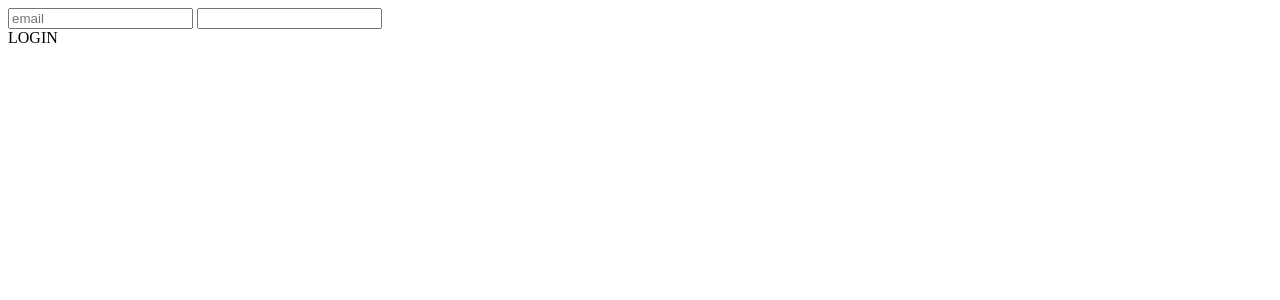
Repository: anjandash/authpass
Page: login.html
An editor plug-in stored every save of this project. The page is shown before and after the next save, followed by the edit.
The browser window is 1280 px wide. The pictures show the whole page.

Above is the page before, as saved 2021-11-13 09:26:10.

### login.html
<!DOCTYPE html>
<html lang="en">
<head>
    <meta charset="UTF-8">
    <meta http-equiv="X-UA-Compatible" content="IE=edge">
    <meta name="viewport" content="width=device-width, initial-scale=1.0">
    <title>Authpass Login</title>
</head>
<body>
    <div class="wrapper">
        <div class="login">
            <input type="text" name="email" placeholder="email">
            <input type="password" name="password">
            <div class=login-button>LOGIN</div>

        </div>
    </div>

</body>
</html>

### script.js
const button = document.getElementById("getDetails");
const details = document.getElementById("details");

function isWebBluetoothEnabled() {
    document.getElementById('bluetoothState').innerText = 'Testing ...'
    if (!navigator.bluetooth) {
        console.log('Web Bluetooth API is not available in this browser!')
        document.getElementById('bluetoothState').innerText = 'Not available'
        return false
    }
    document.getElementById('bluetoothState').innerText = 'Available'
    return true
}

button.addEventListener("click", async () => {
  try {

    // Declaring the service we want
    authpass_service_uuid = "EABC4F75-8967-4234-A483-9660A8F32AB1".toLowerCase()

    // Request the Bluetooth device through browser
    const device = await navigator.bluetooth.requestDevice({
      optionalServices: [authpass_service_uuid],
      acceptAllDevices: true,
    });

    // // Connect to the GATT server
    // // We also get the name of the Bluetooth device here
    let deviceId = device.gatt.device.id;
    let deviceName = device.gatt.device.name;

    const server = await device.gatt.connect();
    let connStatus = device.gatt.device.gatt.connected;

    serviceUuid = authpass_service_uuid
    const service = await server.getPrimaryService(serviceUuid);
    const characteristics = await service.getCharacteristics();

    console.log('> Device Id: ' + deviceId)
    console.log('> Device Name: ' + deviceName)
    console.log('> Connection Status: ' + connStatus)
    console.log('> Characteristics: ' + characteristics.map(c => c.uuid).join('\n' + ' '.repeat(19)));



    // // Getting the services we mentioned before through GATT server
    // const batteryService = await server.getPrimaryService("battery_service");
    // const infoService = await server.getPrimaryService("device_information");

    // // Getting the current battery level
    // const batteryLevelCharacteristic = await batteryService.getCharacteristic(
    //   "battery_level"
    // );
    // // Convert recieved buffer to number
    // const batteryLevel = await batteryLevelCharacteristic.readValue();
    // const batteryPercent = await batteryLevel.getUint8(0);

    // // Getting device information
    // // We will get all characteristics from device_information
    // const infoCharacteristics = await infoService.getCharacteristics();

    // console.log(infoCharacteristics);

    // let infoValues = [];

    // const promise = new Promise((resolve, reject) => {
    //   infoCharacteristics.forEach(async (characteristic, index, array) => {
    //     // Returns a buffer
    //     const value = await characteristic.readValue();
    //     console.log(new TextDecoder().decode(value));
    //     // Convert the buffer to string
    //     infoValues.push(new TextDecoder().decode(value));
    //     if (index === array.length - 1) resolve();
    //   });
    // });

    // promise.then(() => {
    //   console.log(infoValues);
    //   // Display all the information on the screen
    //   // use innerHTML
    //   details.innerHTML = `
    //   Device Name - ${deviceName}<br />
    //   Battery Level - ${batteryPercent}%<br />
    //   Device Information:
    //   <ul>
    //     ${infoValues.map((value) => `<li>${value}</li>`).join("")}
    //   </ul>
    // `;
    // });
  } catch (err) {
    console.log(err);
    alert("An error occured while fetching device details");
  }
});

After the next save:
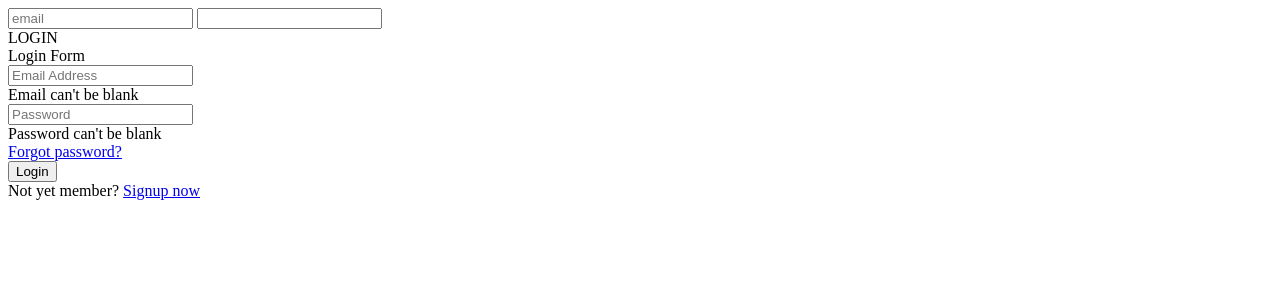
Console error: TypeError: Cannot read properties of null (reading 'addEventListener')
Saved 106 s later.
--- a/login.html
+++ b/login.html
@@ -16,5 +16,31 @@
         </div>
     </div>
 
+    <div class="wrapper">
+        <header>Login Form</header>
+        <form action="#">
+          <div class="field email">
+            <div class="input-area">
+              <input type="text" placeholder="Email Address">
+              <i class="icon fas fa-envelope"></i>
+              <i class="error error-icon fas fa-exclamation-circle"></i>
+            </div>
+            <div class="error error-txt">Email can't be blank</div>
+          </div>
+          <div class="field password">
+            <div class="input-area">
+              <input type="password" placeholder="Password">
+              <i class="icon fas fa-lock"></i>
+              <i class="error error-icon fas fa-exclamation-circle"></i>
+            </div>
+            <div class="error error-txt">Password can't be blank</div>
+          </div>
+          <div class="pass-txt"><a href="#">Forgot password?</a></div>
+          <input type="submit" value="Login">
+        </form>
+        <div class="sign-txt">Not yet member? <a href="#">Signup now</a></div>
+      </div>
+      <script src="script.js"></script>
+
 </body>
 </html>
